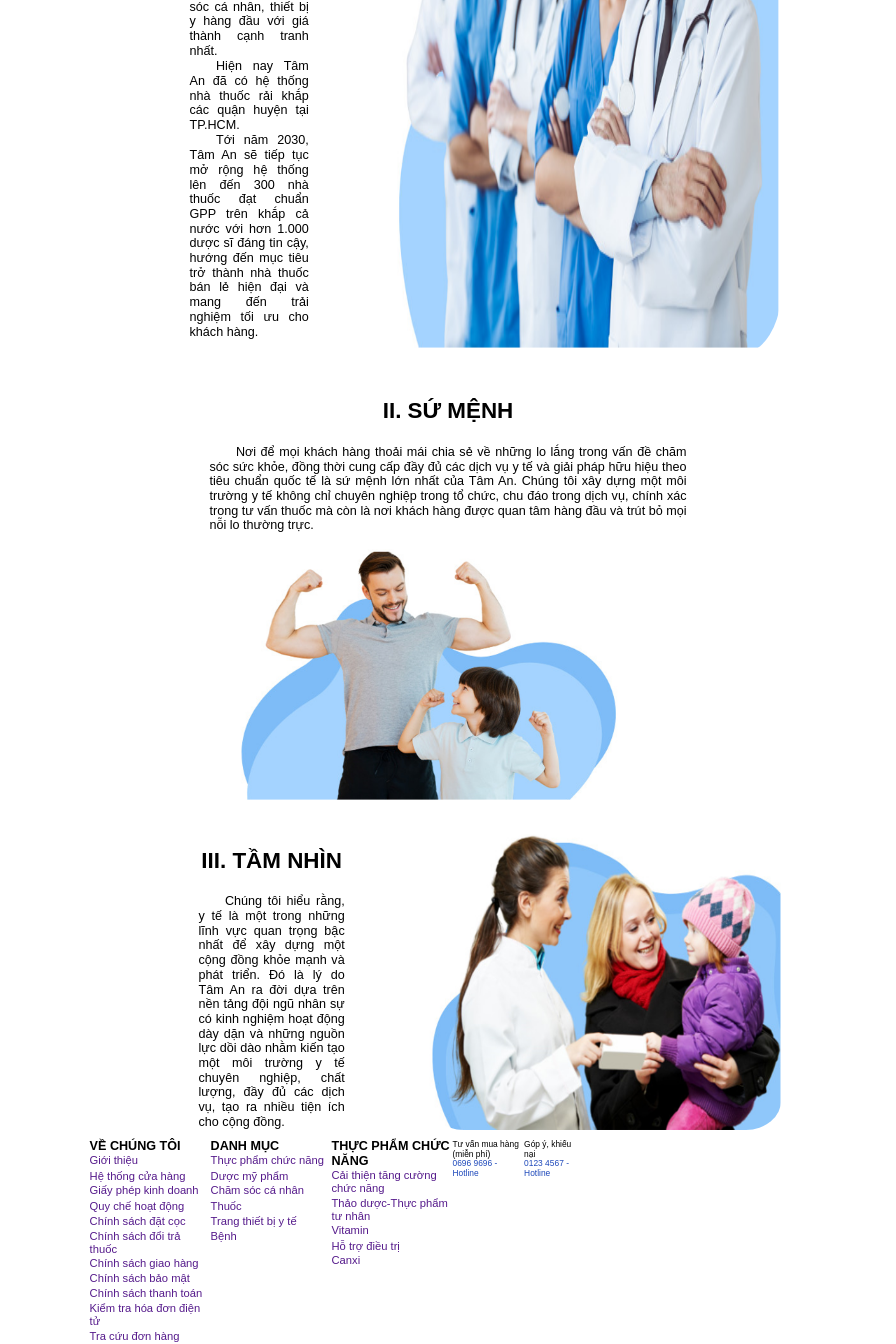
Repository: ViralAIWorks/TamAnPharmacy.github.io
Page: pages/thongtin.html
These files come from the project's save history. The page is drawn as it stood at one moment and after the next save; the edit follows.
The browser window is 1280 px wide. The pictures show the part of the page from y = 995 to 2915 px (the page is 2915 px tall), at 70% of full size.
Some web fonts or font styles are not loaded; a fallback is used.

Above is the page before, as saved 2022-03-14 00:45:30.

After the next save:
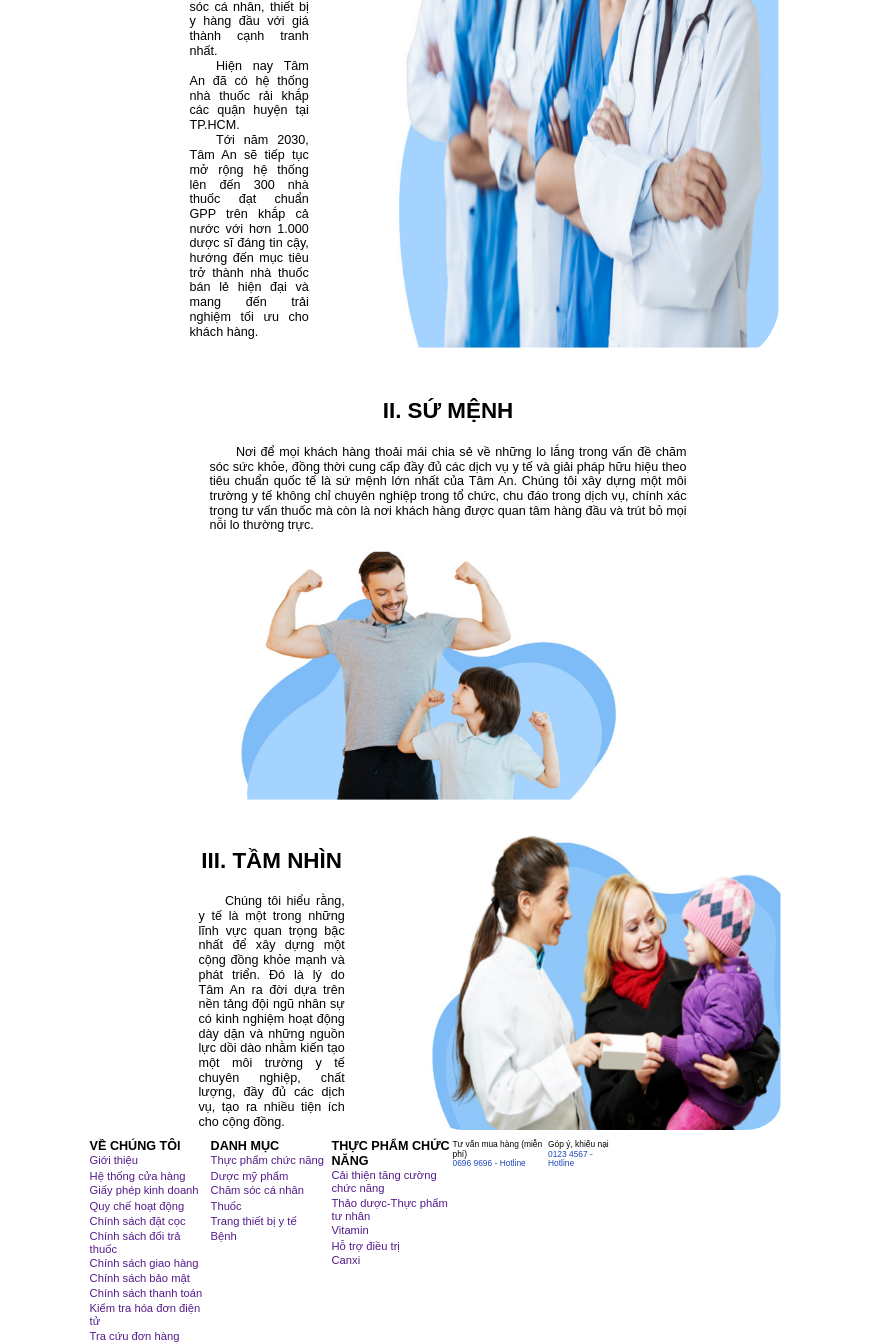
Saved 26 s later.
--- a/pages/thongtin.html
+++ b/pages/thongtin.html
@@ -131,7 +131,7 @@
                 <a href=""> Canxi </a>
             </div>
         </div>
-        <div class="footer-menu">
+        <div class="footer-contact_width">
             <div class="ft-contact">
                 <div>
                     <p class="ft-service">Tư vấn mua hàng (miễn phí)</p>
